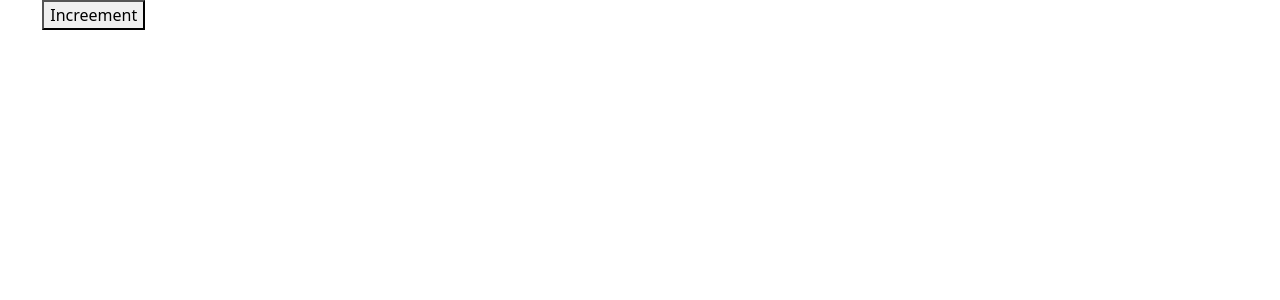
Repository: atulbihari94/counter-app
Page: / (app in counter-app/)
These files come from the project's save history. The page is drawn as it stood at one moment and after the next save; the edit follows.
The browser window is 1280 px wide. The pictures show the whole page.
The project was rebuilt for these pictures with package versions that can differ from the ones it lists, and the page was loaded fresh each time. Also part of the build but not shown: counter-app/src/App.css, counter-app/src/App.js.

Above is the page before, as saved 2019-09-26 01:09:31.

After the next save:
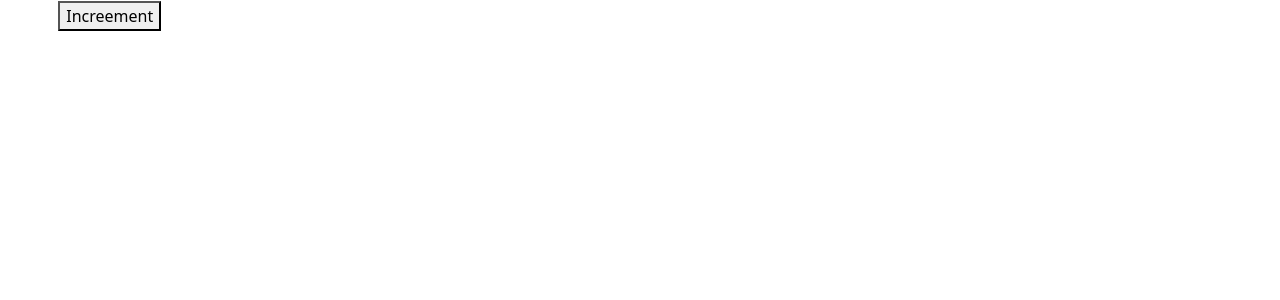
Saved 17 s later.
--- a/counter-app/src/components/counter.jsx
+++ b/counter-app/src/components/counter.jsx
@@ -6,7 +6,7 @@ class Counter extends Component {
   render() {
     return (
       <div>
-        <span className ="badge badge-primary">{this.formatCount()}</span>
+        <span className ="badge badge-primary m-2">{this.formatCount()}</span>
         <button>Increement</button>
       </div>
     );
